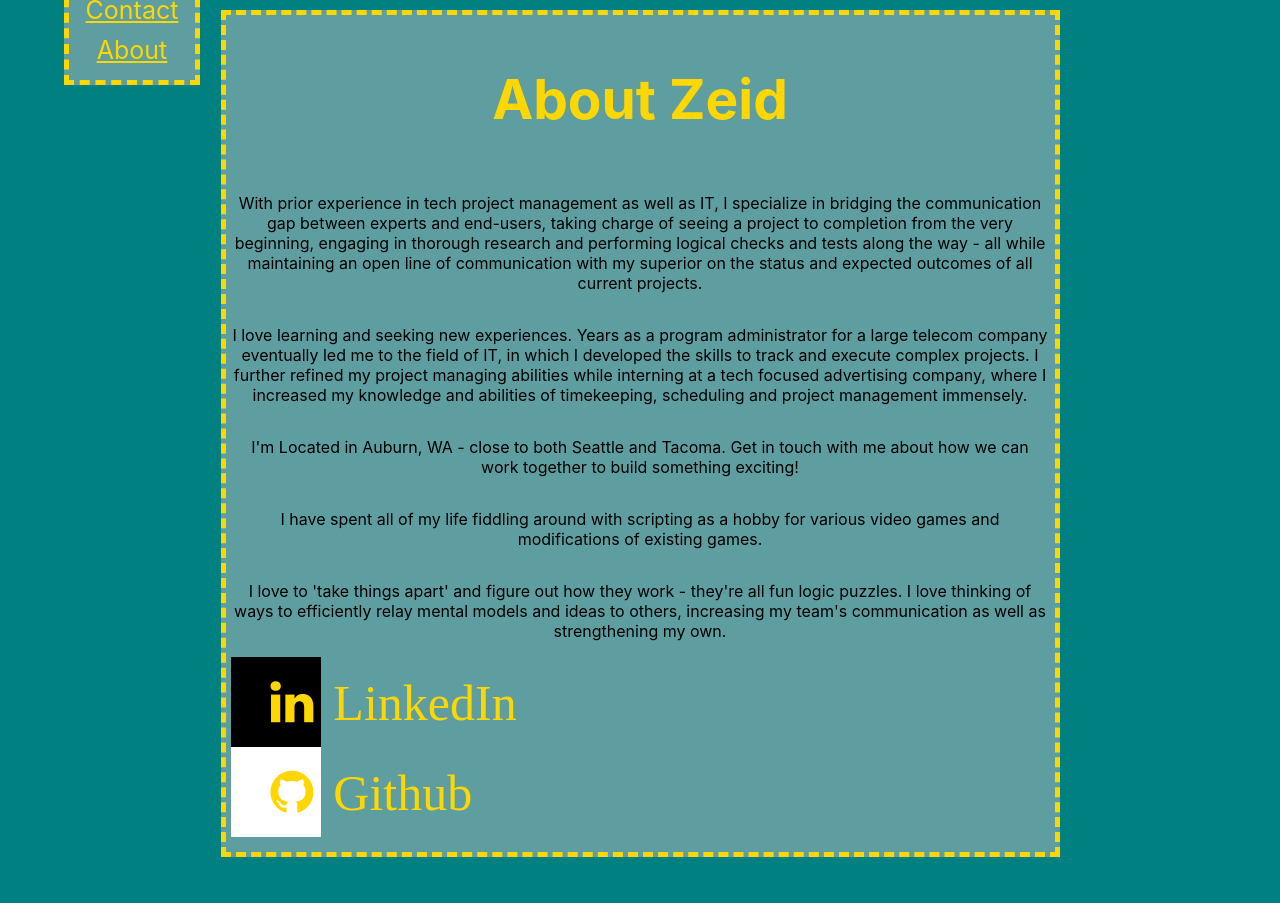
Repository: zeidalidiez/portfolioreact
Page: /
An editor plug-in stored every save of this project. The page is shown before and after the next save, followed by the edit.
The browser window is 1280 px wide. The pictures show the whole page.
The project was rebuilt for these pictures with package versions that can differ from the ones it lists, and the page was loaded fresh each time. Also part of the build but not shown: src/components/Thumbnail.js, src/components/Projects.js, src/components/Contact.js.

Above is the page before, as saved 2021-02-08 19:03:45.

### public/index.html
<!DOCTYPE html>
<html lang="en">
  <head>
    <meta charset="utf-8" />
    <link href="data:[embedded picture, 289 characters]" rel="icon" type="image/x-icon" />    <meta name="viewport" content="width=device-width, initial-scale=1" />
    <link rel="stylesheet" href="https://cdnjs.cloudflare.com/ajax/libs/font-awesome/4.7.0/css/font-awesome.min.css">
    <meta name="theme-color" content="#000000" />
    <meta
      name="description"
      content="Web site created using create-react-app"
    />    <!--
      manifest.json provides metadata used when your web app is installed on a
      user's mobile device or desktop. See https://developers.google.com/web/fundamentals/web-app-manifest/
    -->
    <link rel="manifest" href="%PUBLIC_URL%/manifest.json" />
    <!--
      Notice the use of %PUBLIC_URL% in the tags above.
      It will be replaced with the URL of the `public` folder during the build.
      Only files inside the `public` folder can be referenced from the HTML.

      Unlike "/favicon.ico" or "favicon.ico", "%PUBLIC_URL%/favicon.ico" will
      work correctly both with client-side routing and a non-root public URL.
      Learn how to configure a non-root public URL by running `npm run build`.
    -->
    <title>Zeid Diez - Portfolio</title>
  </head>
  <body>
    <noscript>You need to enable JavaScript to run this app.</noscript>
    <div id="root"></div>
    <!--
      This HTML file is a template.
      If you open it directly in the browser, you will see an empty page.

      You can add webfonts, meta tags, or analytics to this file.
      The build step will place the bundled scripts into the <body> tag.

      To begin the development, run `npm start` or `yarn start`.
      To create a production bundle, use `npm run build` or `yarn build`.
    -->
  </body>
</html>

### src/index.js
import React from 'react';
import ReactDOM from 'react-dom';
import './index.css';
import App from './components/App';
import reportWebVitals from './reportWebVitals';

ReactDOM.render(
  <React.StrictMode>
  <App />
  </React.StrictMode>,
  document.getElementById('root')
);

// If you want to start measuring performance in your app, pass a function
// to log results (for example: reportWebVitals(console.log))
// or send to an analytics endpoint. Learn more: https://bit.ly/CRA-vitals
reportWebVitals();

### src/components/App.js
// App.jsx

import React from 'react';
// Import the BrowserRouter, Route and Link components
import {Route, BrowserRouter as Router, Link} from "react-router-dom";
import Projects from './Projects.js';
import Contact from './Contact.js';
import About from './About.js';
import './App.css';

function App() {
  return (
    <header>
    <Router>
      <div className="App">
        <Route exact path="/Projects" component={Projects} />
        <Route exact path="/Contact" component={Contact} />
        <Route exact path="/About" component={About} />
        <Route exact path="/" component={About} />
  <nav>
        <div className="navigation">
          <div className="navigation-sub">
            <Link to="/Projects" className="item">Projects</Link>
            <Link to="/Contact" className="item">Contact</Link>
            <Link to="/About" className="item">About</Link>

          </div>
        </div>
        </nav>
      </div>
    </Router>
    <menu>

</menu>
    </header>


  );
}

export default App;

### src/components/About.js
import React from "react"

function About(props) {
  return (
    <div className="aboutDiv">
      <h2>About Zeid</h2>
      <p>With prior experience in tech project management as well as IT, I specialize in bridging the communication gap between experts and end-users, taking charge of seeing a project to completion from the very beginning, engaging in thorough research and performing logical checks and tests along the way - all while maintaining an open line of communication with my superior on the status and expected outcomes of all current projects. </p>
      <p>I love learning and seeking new experiences. Years as a program administrator for a large telecom company eventually led me to the field of IT, in which I developed the skills to track and execute complex projects. I further refined my project managing abilities while interning at a tech focused advertising company, where I increased my knowledge and abilities of timekeeping, scheduling and project management immensely.</p>
      <p>I'm Located in Auburn, WA - close to both Seattle and Tacoma. Get in touch with me about how we can work together to build something exciting! </p>
      <p>I have spent all of my life fiddling around with scripting as a hobby for various video games and modifications of existing games.</p>
      <p>I love to 'take things apart' and figure out how they work - they're all fun logic puzzles. I love thinking of ways to efficiently relay mental models and ideas to others, increasing my team's communication as well as strengthening my own.</p>

      <a href="https://www.linkedin.com/in/zeid-diez/" class="fa fa-linkedin">LinkedIn</a>
      <a href="https://github.com/zeidalidiez" class="fa fa-github">Github</a>
    </div>
  )
}

export default About;

### src/components/App.css

body {
  background-color: teal;
  display: grid;
}
div {
display: grid;
padding: 5px;
position: relative;
text-align: center;
padding-bottom: 15px;

}
 .projectDiv {
  background-color: cadetblue;
  width: 65%;
  justify-self: center;
  align-self: center;
  align-items: center;
  border: 5px dashed gold;
 }
h2 {
  color: Gold;
  font-size: 55px;
}

/* div.project {
  text-align: center;
  font-family: Georgia, "Times New Roman", Times, serif;
  font-style: italic;
  padding-bottom: 15px;
  border: 5px dashed gold;
  width: 80%;
  justify-self: center;
} */

div.project-title {
  position: relative;
  text-align: center;
  font-family: Georgia, "Times New Roman", Times, serif;
  font-style: italic;
  padding-bottom: 15px;

}

.navigation {
text-align: center;
align-self: center;
top: 0;
position: fixed;
  }

.navigation-sub {
padding: 10px;
text-align: center;
align-self: center;
bottom: auto;
left: 5%;
position: fixed;
border: 5px dashed gold;
background-color: cadetblue;
font-size: 25px;
}

a {
  display: grid;
padding: 5px;
text-align: center;
align-self: center;
}

img {
  display: block;
  margin-left: auto;
  margin-right: auto;
  width: 50%;
}


/* unvisited link */
a:link {
  color: gold;
}

/* visited link */
a:visited {
  color: rgb(255, 208, 0);
}

/* mouse over link */
a:hover {
  color: rgb(255, 174, 0);
}

/* selected link */
a:active {
  color: rgb(255, 0, 0);
}

.aboutDiv {
  background-color: cadetblue;
  width: 65%;
  justify-self: center;
  border: 5px dashed gold;

}

form {
  background-color: cadetblue;
  width: 65%;
  justify-self: center;
  padding-bottom: 60px;
  display: grid;
  border: 5px dashed gold;
}

.emailInput {
  width: 100%;
  padding: 12px 20px;
  margin: 8px 0;
  box-sizing: border-box;
}

.messageInput {
  width: 100%;
  box-sizing: border-box;
  height: 150px;
  border-radius: 4px;
  resize: none;
}

/* Style all font awesome icons */
.fa {
  padding: 20px;
  font-size: 50px;
  width: 50px;
  text-align: center;
  text-decoration: none;
  justify-self: auto;
  float: left;
}

/* Add a hover effect if you want */
.fa:hover {
  opacity: 0.7;
}

/* Set a specific color for each brand */

/* linkedin */
.fa-linkedin {
  background: #000000;
  color: white;
}

/* github */
.fa-github {
  background: #ffffff;
  color: rgb(0, 0, 0);
}

a.fa.fa-linkedin::before {
  padding: 20px;
}

a.fa.fa-github::before {
  padding: 20px;
}
@media screen and (max-width: 800px) {
  .navigation {
    text-align: center;
    align-self: center;
    top: 0;
    position: fixed;
      }

    .navigation-sub {
    padding: 10px;
    text-align: center;
    align-self: center;
    bottom: auto;
    left: 5%;
    position: fixed;
    border: 5px dashed gold;
    background-color: cadetblue;
    font-size: 10px;
    }
}

Loaded but not shown: src/index.css (common file); src/reportWebVitals.js (common file)

After the next save:
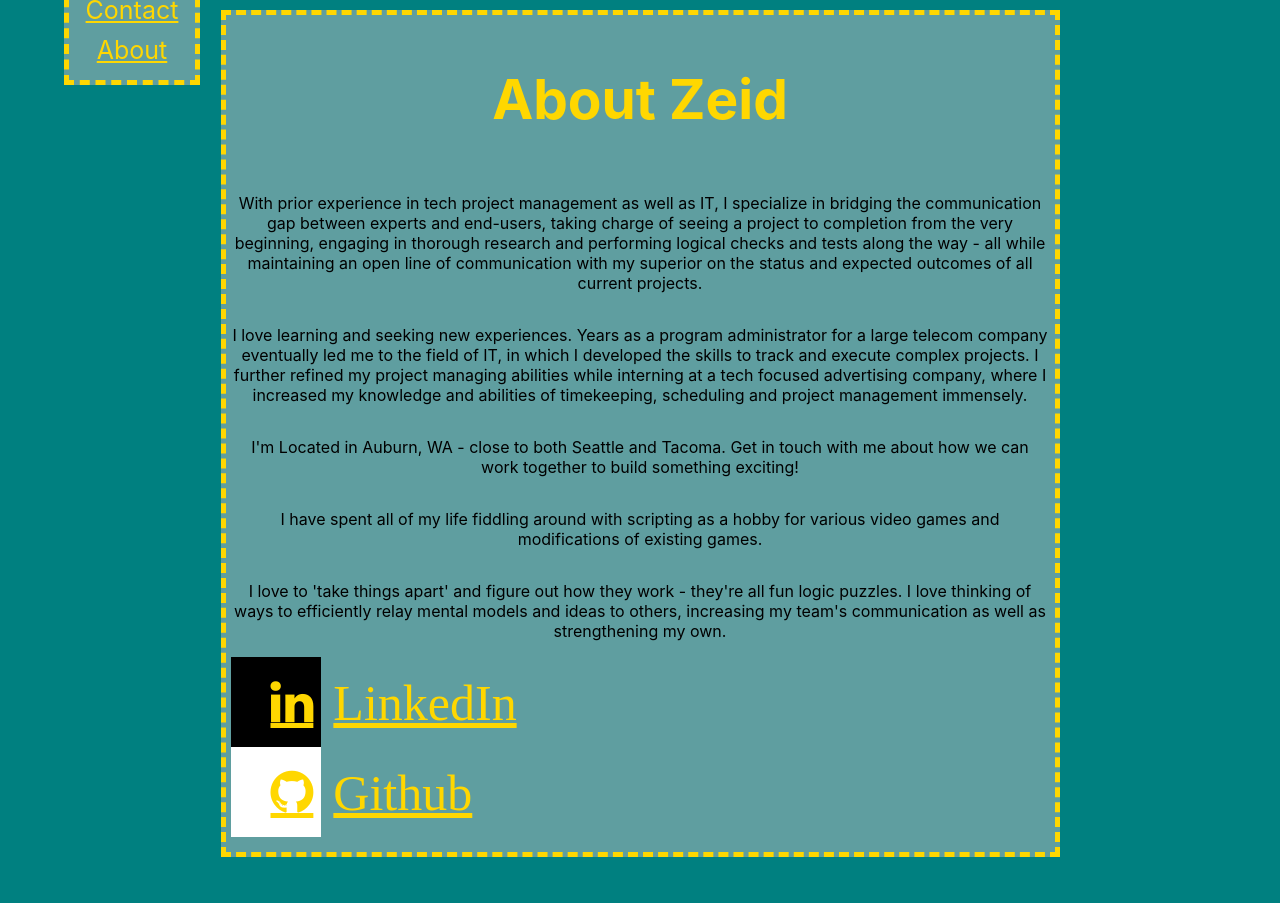
Saved 6 s later.
--- a/src/components/App.css
+++ b/src/components/App.css
@@ -134,9 +134,9 @@
   padding: 20px;
   font-size: 50px;
   width: 50px;
-  text-align: center;
+  /* text-align: center;
   text-decoration: none;
-  justify-self: auto;
+  justify-self: auto; */
   float: left;
 }
 

After the 2 saves that followed:
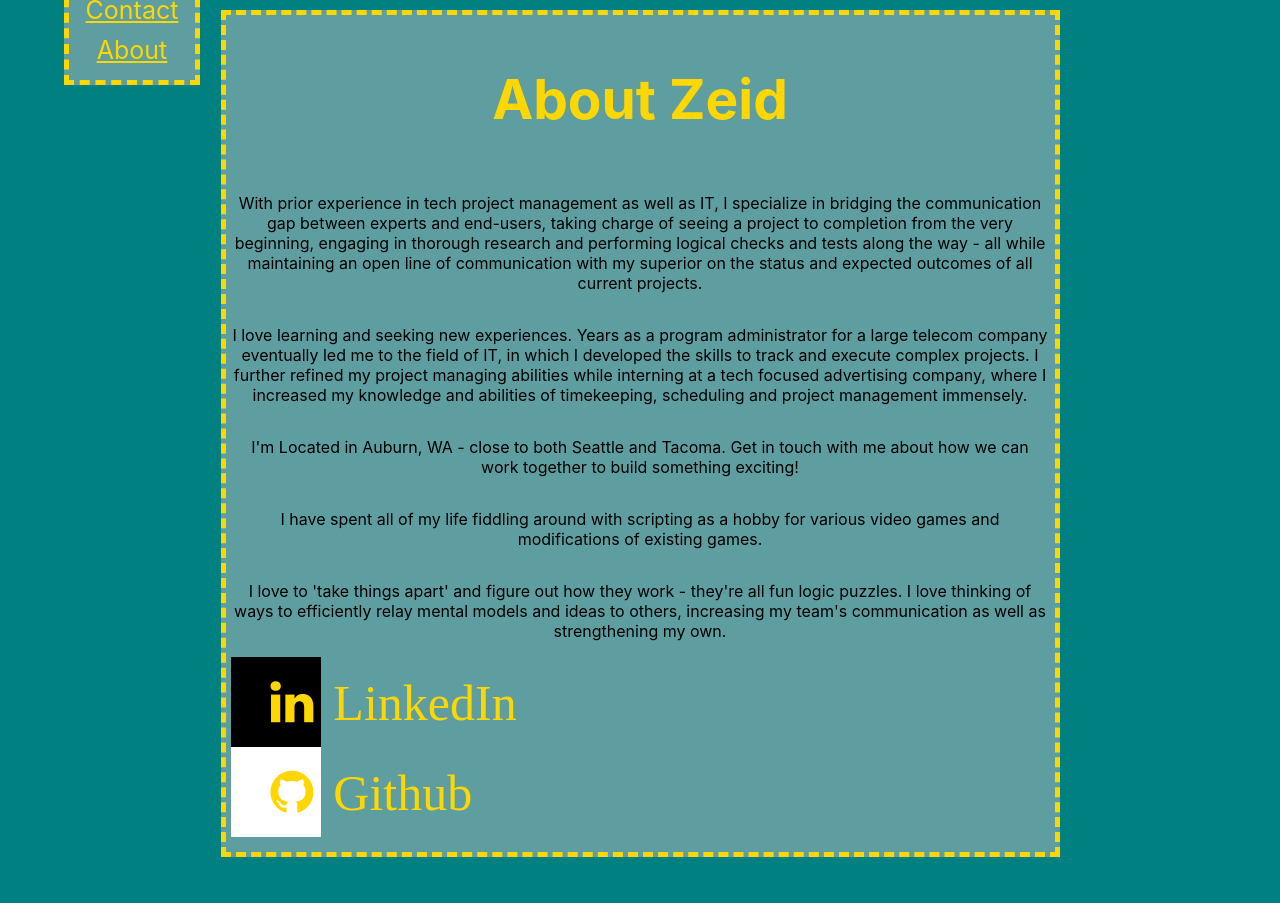
The 2 saves are shown as one change because 1 left the picture as it was.
The last was saved 58 s later.
--- a/src/components/App.css
+++ b/src/components/App.css
@@ -134,9 +134,9 @@
   padding: 20px;
   font-size: 50px;
   width: 50px;
-  /* text-align: center;
+  text-align: center;
   text-decoration: none;
-  justify-self: auto; */
+  justify-self: auto;
   float: left;
 }
 
